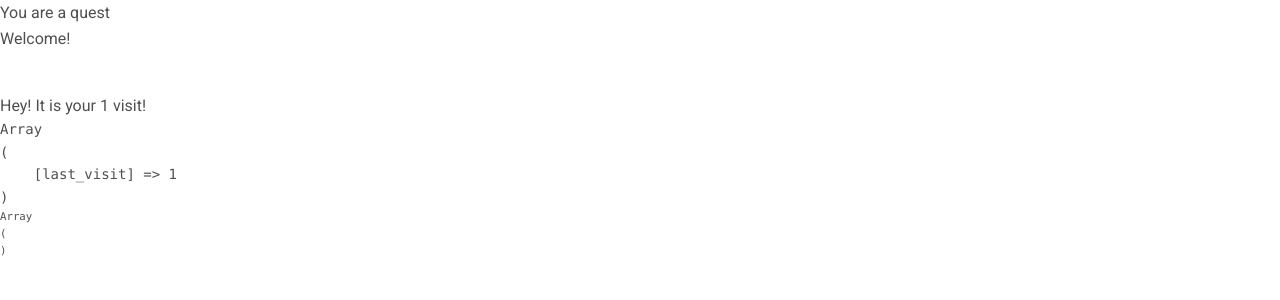
Repository: mahoone/revising_php
Page: http://localhost/
An editor plug-in stored every save of this project. The page is shown before and after the next save, followed by the edit.
The browser window is 1280 px wide. The pictures show the whole page.
Some web libraries are served in a nearby version. The page is run by PHP 8.4 with error messages shown; the project is at /var/www/html/.

Above is the page before, as saved 2020-06-27 18:07:24.

After the next save:
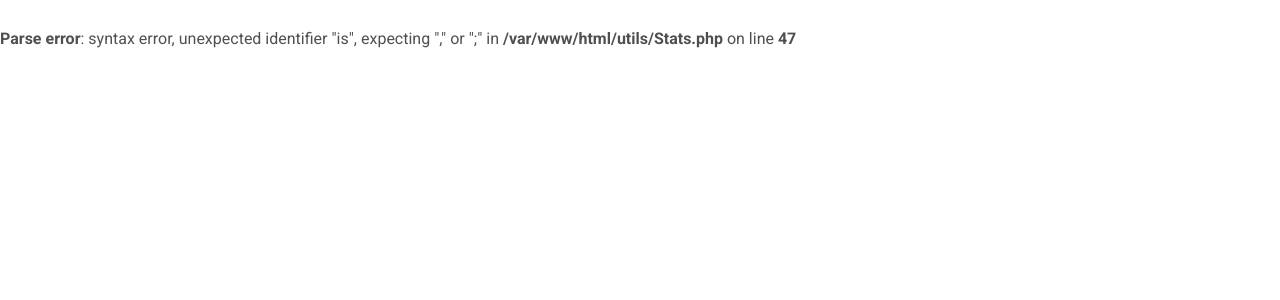
Saved 12 min 1 s later.
--- a/utils/Stats.php
+++ b/utils/Stats.php
@@ -43,8 +43,8 @@
     }
 
     public function displayVisitorData() {
-        echo $this->getUserName();
-        echo 'Hey! It is your '.$_SESSION['last_visit'].' visit!';
+        $this->setUser('kamil', 'witos');
+        echo 'Hey!'. $this->getUserName() .It is your '.$_SESSION['last_visit'].' visit!';
     }
 }
 

After the save that followed:
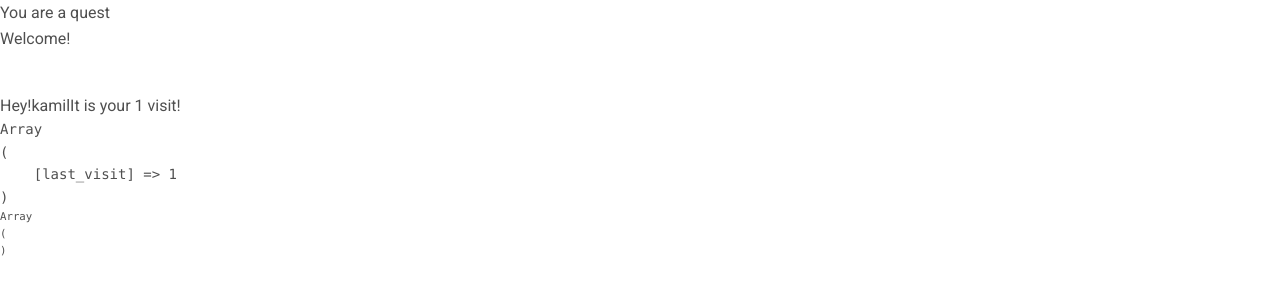
Saved 7 s later.
--- a/utils/Stats.php
+++ b/utils/Stats.php
@@ -44,7 +44,7 @@
 
     public function displayVisitorData() {
         $this->setUser('kamil', 'witos');
-        echo 'Hey!'. $this->getUserName() .It is your '.$_SESSION['last_visit'].' visit!';
+        echo 'Hey!'. $this->getUserName() .'It is your '.$_SESSION['last_visit'].' visit!';
     }
 }
 
